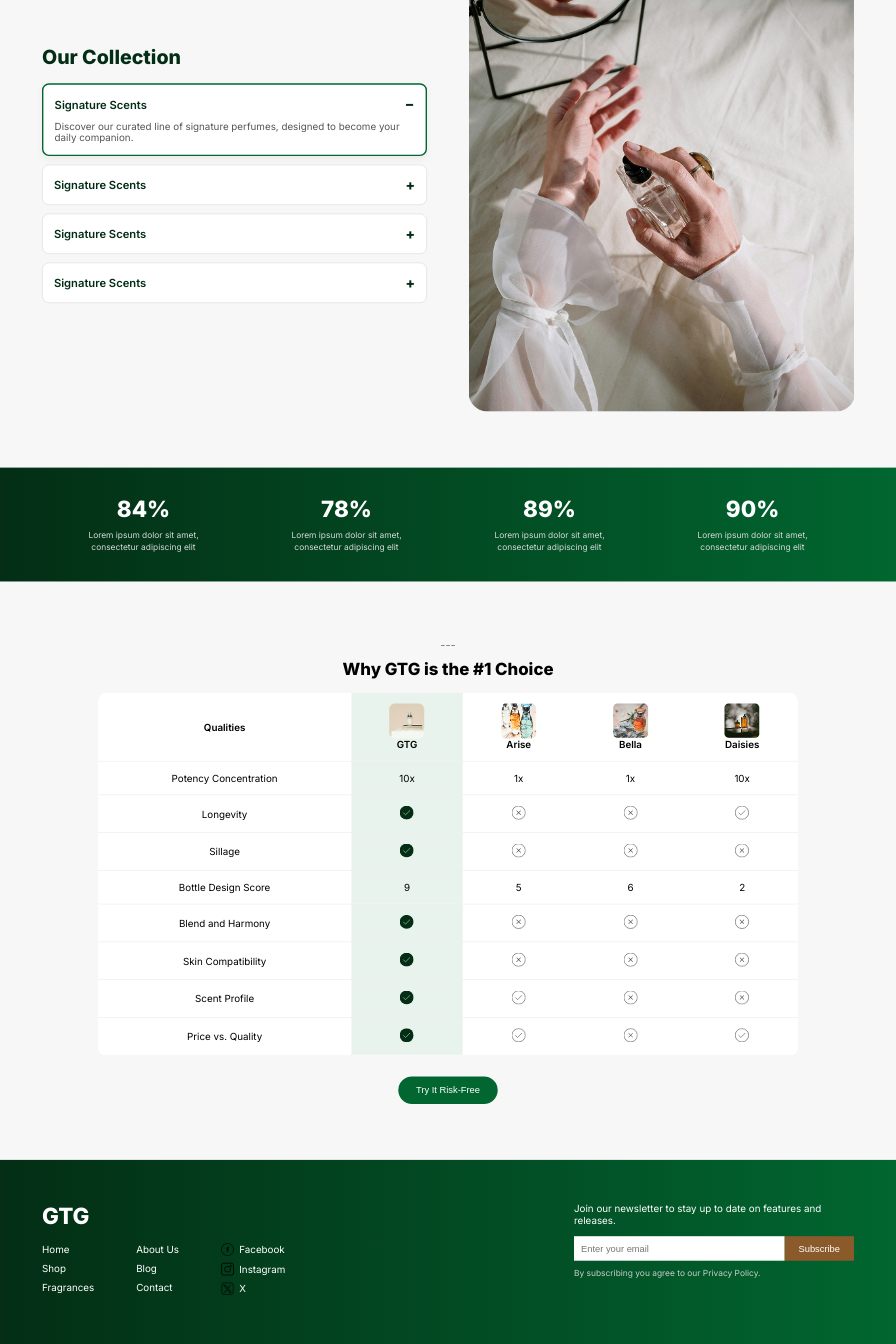
Repository: Prakashadavi/Assignment
Page: index.html
The author's editor kept a copy of each file at every save. The page is drawn from the files as they stood at one save, then again after a run of saves.
The browser window is 1280 px wide. The pictures show the part of the page from y = 2220 to 4140 px (the page is 4140 px tall before and 4138 px after), at 70% of full size.
A picture or video elsewhere on the page could not be fetched, so the positions and the page height are approximate.

Above is the page before, as saved 2026-03-26 11:54:43.

After the next 3 saves:
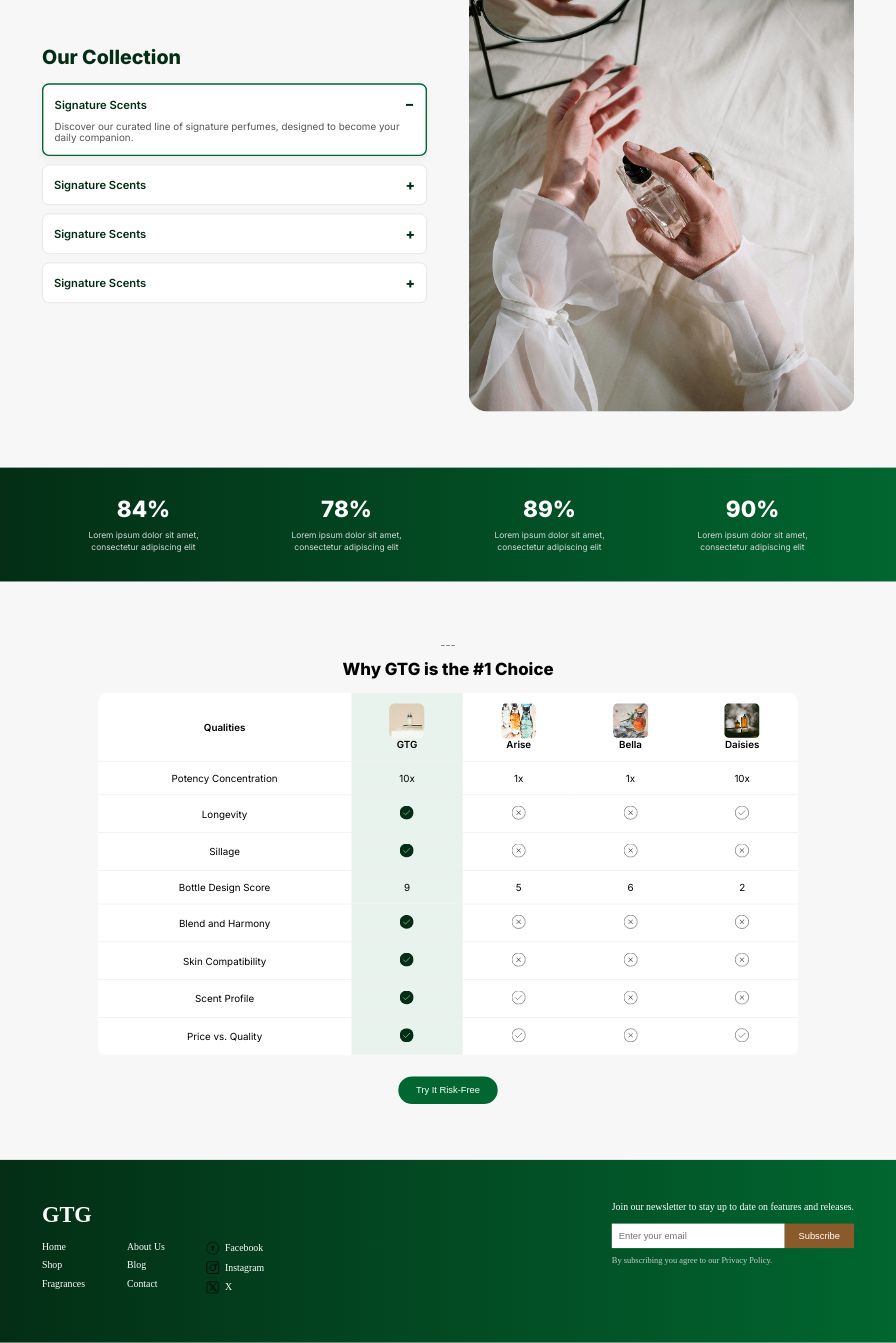
The 3 saves are shown as one change because they came seconds apart.
The last was saved 10 s later.
--- a/style.css
+++ b/style.css
@@ -725,7 +725,7 @@ input[type="radio"]{
   gap:50px;
   max-width:1200px;
   margin:auto;
-  f
+  font-family: oxi;
 }
 
 
